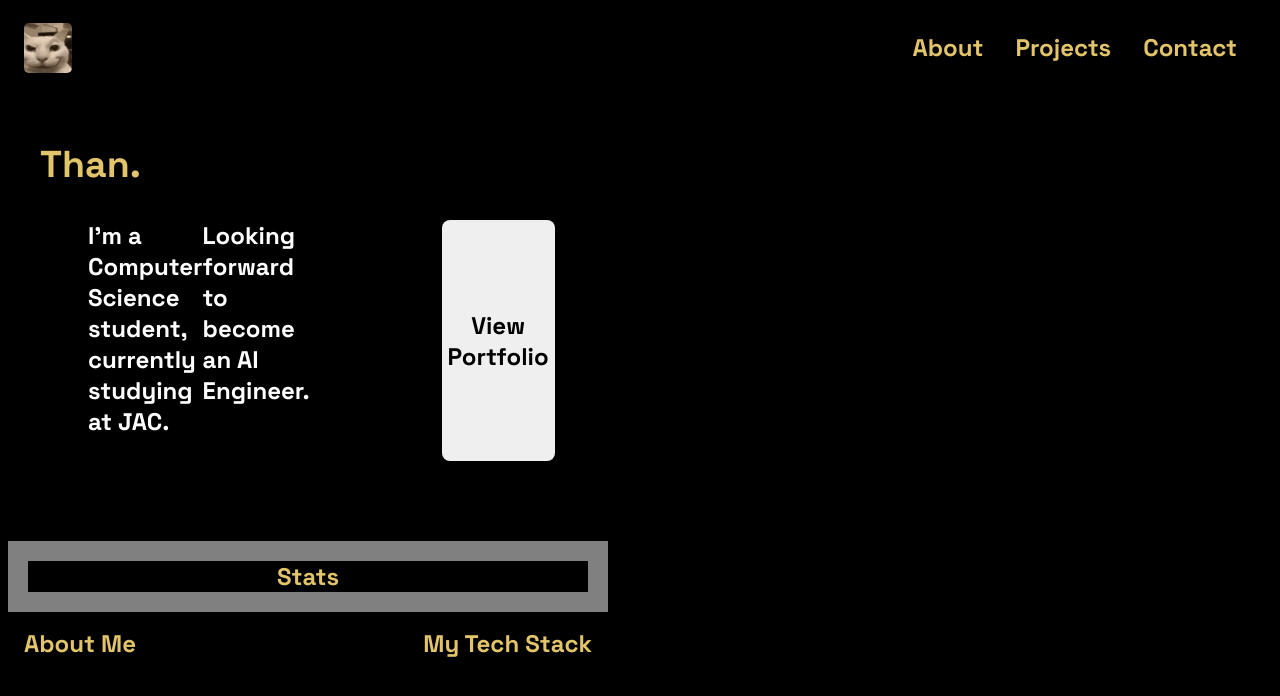
Repository: Than-dot/Than-dot
Page: index.html
An editor plug-in stored every save of this project. The page is shown before and after a run of saves, followed by the edit.
The browser window is 1280 px wide. The pictures show the whole page.

Above is the page before, as saved 2026-05-06 12:38:42.

After the next 2 saves:
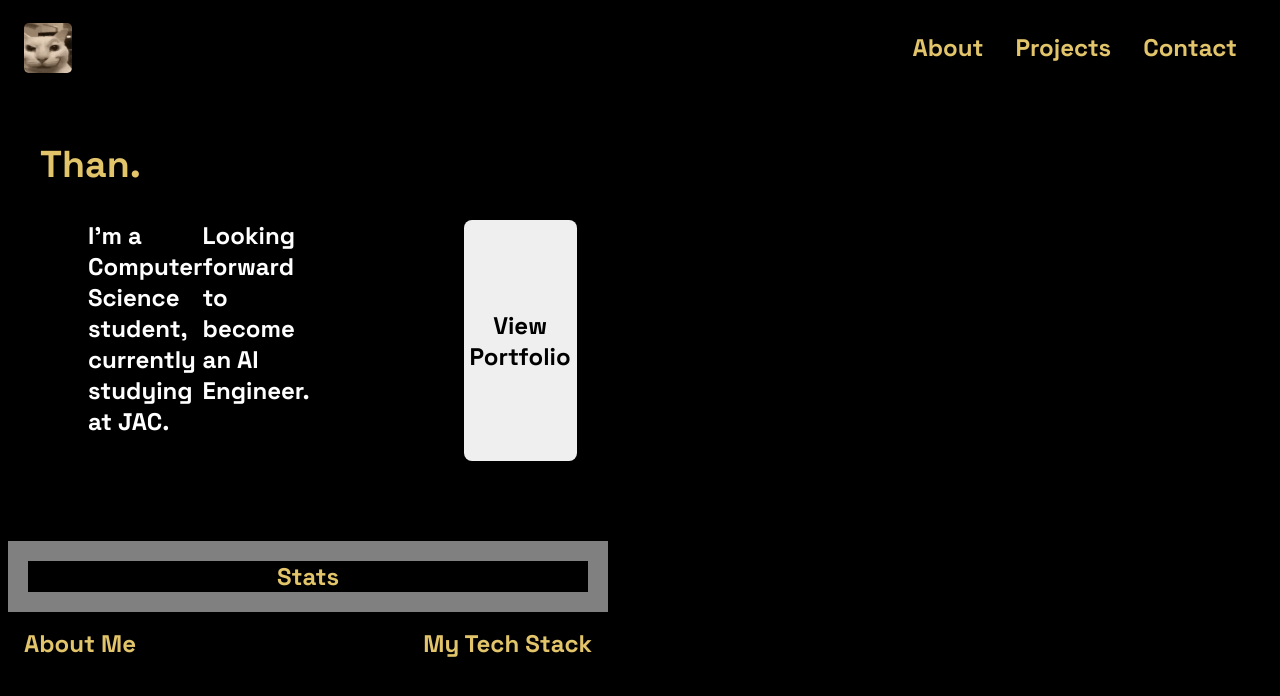
The 2 saves are shown as one change because they came seconds apart.
The last was saved 7 s later.
--- a/styles/index.css
+++ b/styles/index.css
@@ -48,7 +48,7 @@ button {
   border-radius: 8px;
   border: none;
   max-width: 10rem;
-  margin-left: 30%;
+  margin-left: 35%;
 }
 
 button:hover {
